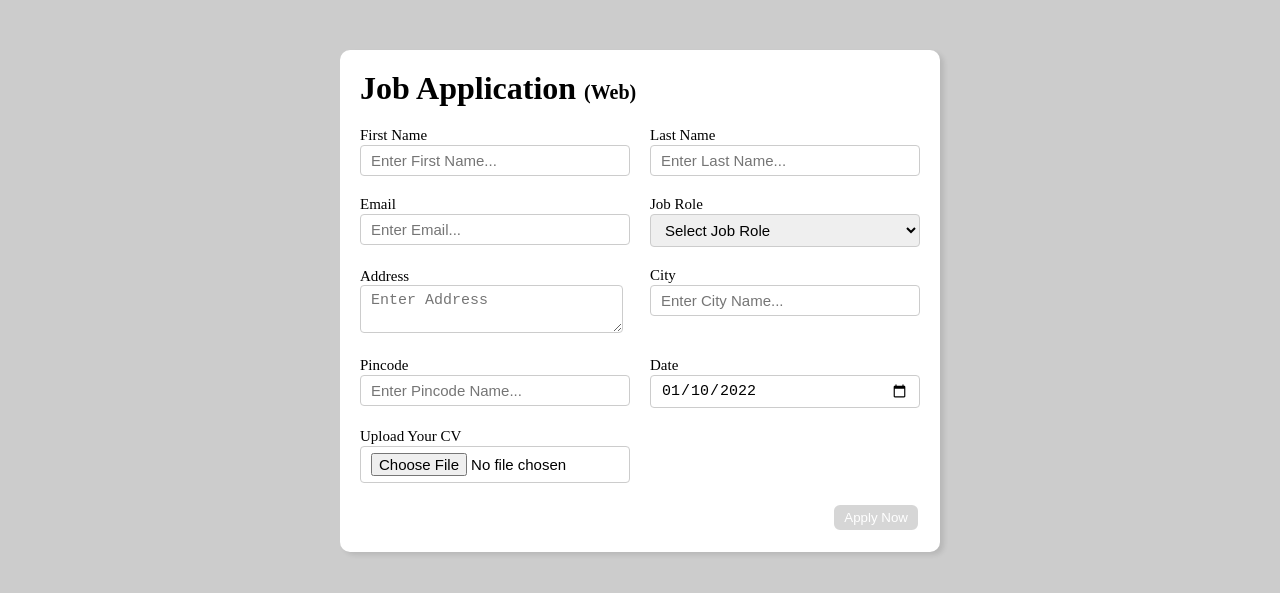
Repository: diensy/JOB-APPLICATION
Page: index.html
An editor plug-in stored every save of this project. The page is shown before and after the next save, followed by the edit.
The browser window is 1280 px wide. The pictures show the whole page.
The pointer rests on the first visible `button`.

Above is the page before, as saved 2024-02-27 22:41:54.

### index.html
<!DOCTYPE html>
<html lang="en">
  <head>
    <meta charset="UTF-8" />
    <meta http-equiv="X-UA-Compatible" content="IE=edge" />
    <meta name="viewport" content="width=device-width, initial-scale=1.0" />
    <title>Job Application Form</title>
    <link rel="stylesheet" href="Job_Application.css" />
  </head>
  <body>
    <div class="container">
      <div class="apply_box">
        <h1>
          Job Application
          <span class="title_small">(Web)</span>
        </h1>
        <form action="">
          <div class="form_container">
            <div class="form_control">
              <label for="first_name"> First Name </label>
              <input
                id="first_name"
                name="first_name"
                placeholder="Enter First Name..."
              />
            </div>
            <div class="form_control">
              <label for="last_name"> Last Name </label>
              <input
                id="last_name"
                name="last_name"
                placeholder="Enter Last Name..."
              />
            </div>
            <div class="form_control">
              <label for="email"> Email </label>
              <input
                type="email"
                id="email"
                name="email"
                placeholder="Enter Email..."
              />
            </div>
            <div class="form_control">
              <label for="job_role"> Job Role </label>
              <select id="job_role" name="job_role">
                <option value="">Select Job Role</option>
                <option value="frontend">Frontend Developer</option>
                <option value="backend">Backend Developer</option>
                <option value="full_stack">Full Stack Developer</option>
                <option value="ui_ux">UI UX Designer</option>
              </select>
            </div>
            <div class="textarea_control">
              <label for="address"> Address </label>
              <textarea
                id="address"
                name="address"
                row="3"
                cols="25"
                placeholder="Enter Address"
              ></textarea>
            </div>
            <div class="form_control">
              <label for="city"> City </label>
              <input id="city" name="city" placeholder="Enter City Name..." />
            </div>
            <div class="form_control">
              <label for="pincode"> Pincode </label>
              <input
                type="number"
                id="pincode"
                name="pincode"
                placeholder="Enter Pincode Name..."
              />
            </div>
            <div class="form_control">
              <label for="date"> Date </label>
              <input value="2022-01-10" type="date" id="date" name="date" />
            </div>
            <div class="form_control">
              <label for="upload"> Upload Your CV </label>
              <input type="file" id="upload" name="upload" />
            </div>
          </div>
          <div class="button_container">
            <button type="submit">Apply Now</button>
          </div>
        </form>
      </div>
    </div>
  </body>
</html>

### Job_Application.css
* {
  margin: 0;
  padding: 0;
  box-sizing: border-box;
}

body {
  background-color: #ccc;
}
.container {
  max-width: 900px;
  margin: 0 auto;
}

.apply_box {
  max-width: 600px;
  padding: 20px;
  background-color: white;
  margin: 0 auto;
  margin-top: 50px;
  box-shadow: 4px 3px 5px rgba(1, 1, 1, 0.1);
  border-radius: 10px;
}

.title_small {
  font-size: 20px;
}

.form_container {
  margin-top: 20px;
  margin-top: 20px;
  display: grid;
  grid-template-columns: repeat(auto-fit, minmax(200px, 1fr));
  gap: 20px;
}
.form_control {
  display: flex;
  flex-direction: column;
}
label {
  font-size: 15px;
  margin-bottom: 1px;
}
input,
select,
textarea {
  padding: 6px 10px;
  border: 1px solid #ccc;
  border-radius: 4px;
  font-size: 15px;
}
input:focus {
  outline-color: red;
}
.button_container {
  display: flex;
  justify-content: end;
  margin-top: 20px;
}
button {
  background-color: red;
  border: transparent solid 2px;
  padding: 5px 10px;
  color: white;
  border-radius: 8px;
  cursor: pointer;
}
button:hover {
  background-color: #cccc;
  border: 2px solid;
}

After the next save:
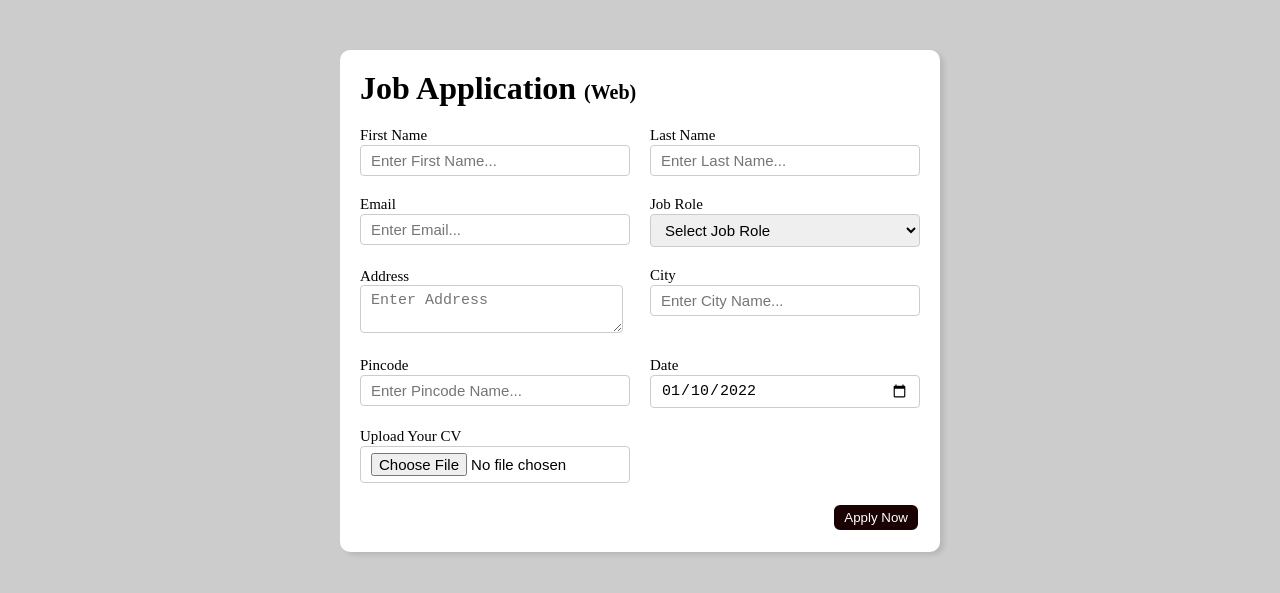
Saved 23 s later.
--- a/Job_Application.css
+++ b/Job_Application.css
@@ -66,6 +66,6 @@
   cursor: pointer;
 }
 button:hover {
-  background-color: #cccc;
+  background-color: #1b0202;
   border: 2px solid;
 }

After the save that followed:
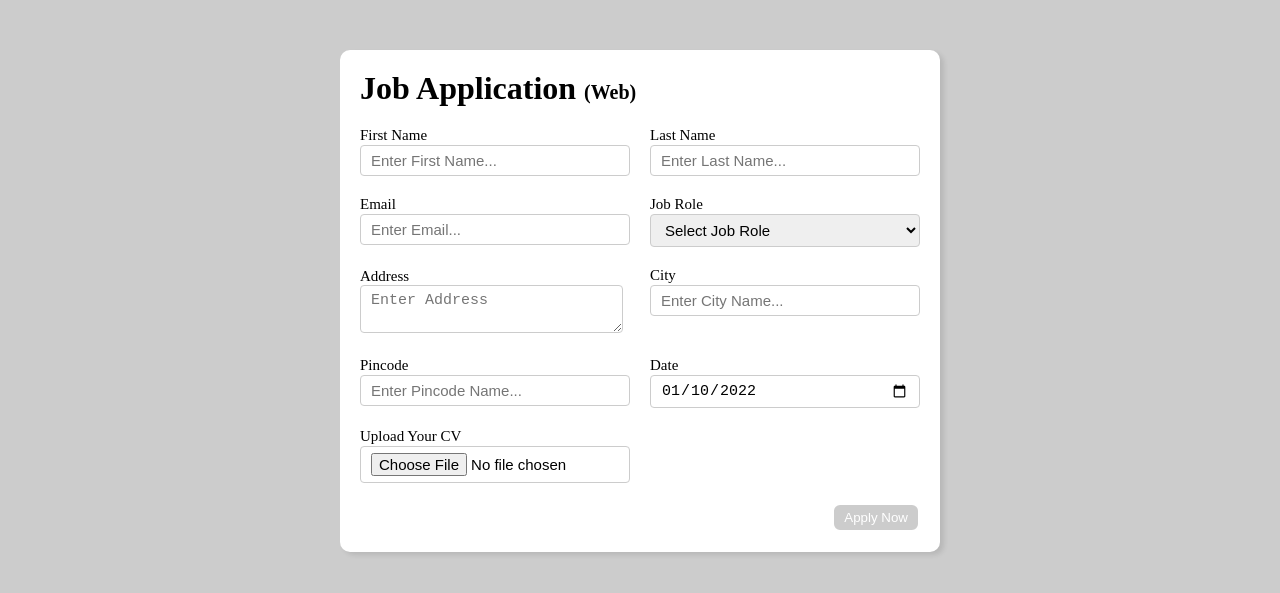
Saved 8 s later.
--- a/Job_Application.css
+++ b/Job_Application.css
@@ -66,6 +66,6 @@
   cursor: pointer;
 }
 button:hover {
-  background-color: #1b0202;
+  background-color: #ccc;
   border: 2px solid;
 }
